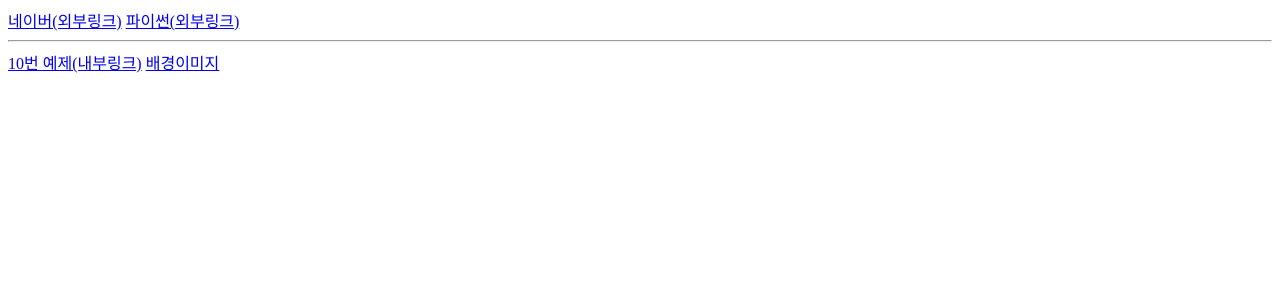
Repository: ssj5037/Class-Study
Page: [5] HTML, CSS, JavaScript/ClientTest/WebContent/Ex11_link.html
An editor plug-in stored every save of this project. The page is shown before and after the next save, followed by the edit.
The browser window is 1280 px wide. The pictures show the whole page.

Above is the page before, as saved 2020-06-19 02:08:08.

After the next save:
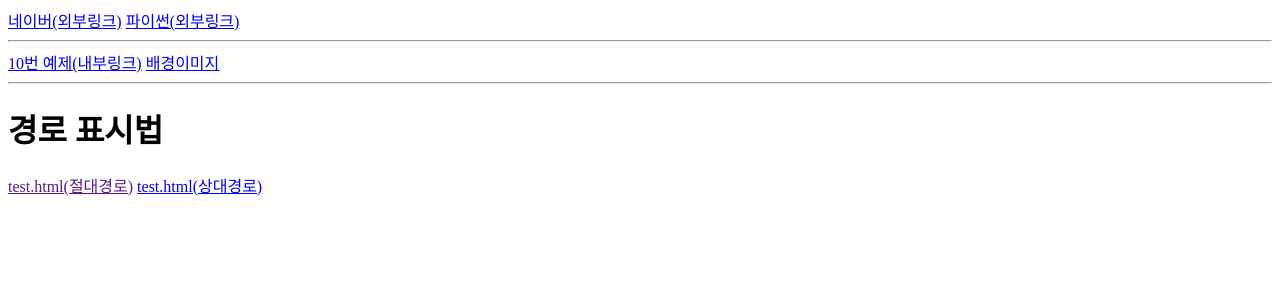
Saved 2 s later.
--- a/[5] HTML, CSS, JavaScript/ClientTest/WebContent/Ex11_link.html
+++ b/[5] HTML, CSS, JavaScript/ClientTest/WebContent/Ex11_link.html
@@ -30,6 +30,24 @@
 
 	<a href="images/유채꽃밭사람.jpg">배경이미지</a>
 
+	<hr>
+
+	<h1>경로 표시법</h1>
+	<!--
+
+	1. 절대 경로
+		- 어디에서 사용하던지 항상 기분이 같은 경로 표기법
+	2. 상대 경로
+		- 어디에서 사용하느냐에 따라 기준이 다른 경로 표기법
+		- 현재 페이지가 소속되어 있는 디렉토리를 기준으로 한다.
+	3. 외부경로
+	4. 로컬 경로
+
+	 -->
+
+	 <a href="">test.html(절대경로)</a>
+	 <a href="./test.html">test.html(상대경로)</a>
+
 
 </body>
 </html>
